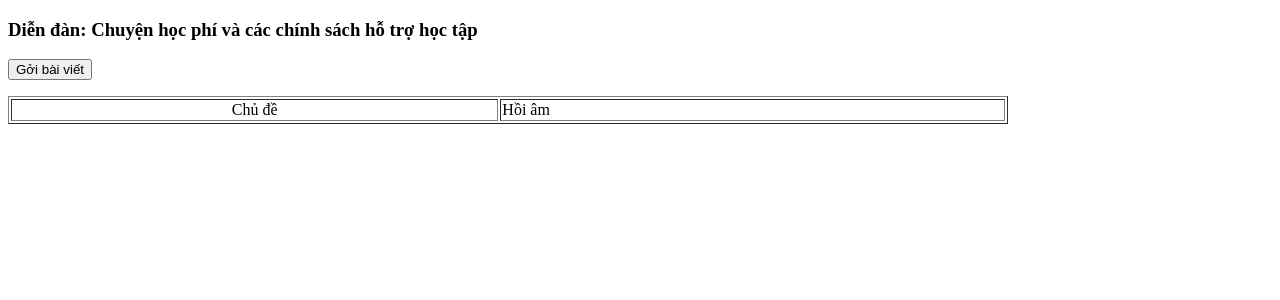
Repository: nguyenthanhnhan-st-961/GiuaKyChuyenDeWeb
Page: http://localhost/listTopics
These files come from the project's save history. The page is drawn as it stood at one moment and after the next save; the edit follows.
The browser window is 1280 px wide. The pictures show the whole page.
The page is this project's Thymeleaf template; nobody is signed in. The template is opened directly, without the code that normally fills it, so the values that code supplies are empty.

Above is the page before, as saved 2023-04-12 01:04:50.

After the next save:
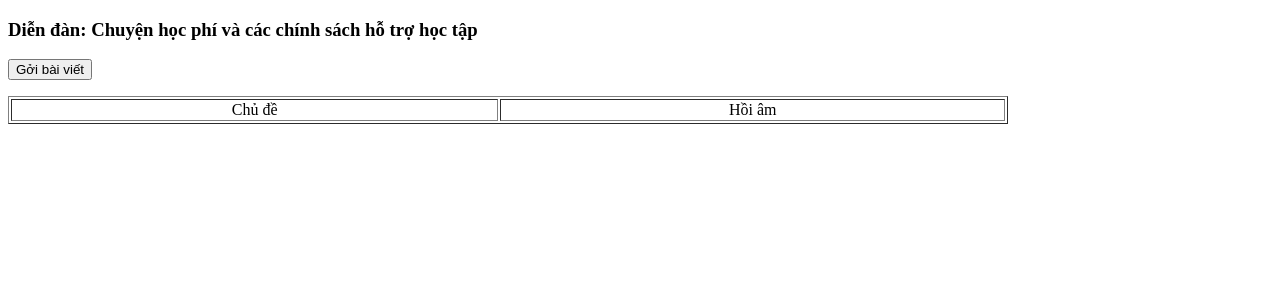
Saved 19 s later.
--- a/Forum/src/main/resources/templates/listTopics.html
+++ b/Forum/src/main/resources/templates/listTopics.html
@@ -16,8 +16,8 @@
 
 	<table border="1" style="width:1000px">
 		<thead>
-			<tr>
-				<td align="center">Chủ đề</td>
+			<tr align="center">
+				<td>Chủ đề</td>
 				<td>Hồi âm</td>
 			</tr>
 		</thead>
